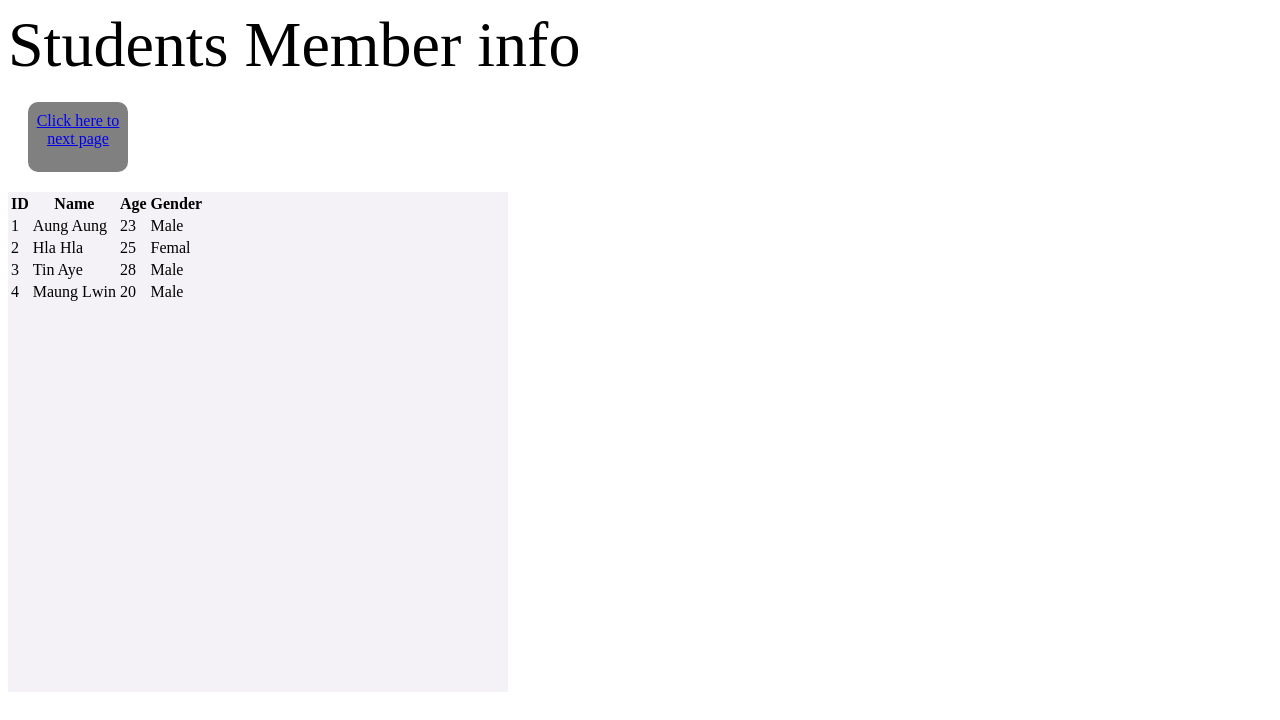
Repository: ThantLwinSoe/Servlet
Page: 01-Communication/src/main/webapp/index.html
The author's editor kept a copy of each file at every save. The page is drawn from the files as they stood at one save, then again after the next save.
The browser window is 1280 px wide. The pictures show the whole page.

Above is the page before, as saved 2023-02-07 02:46:55.

After the next save:
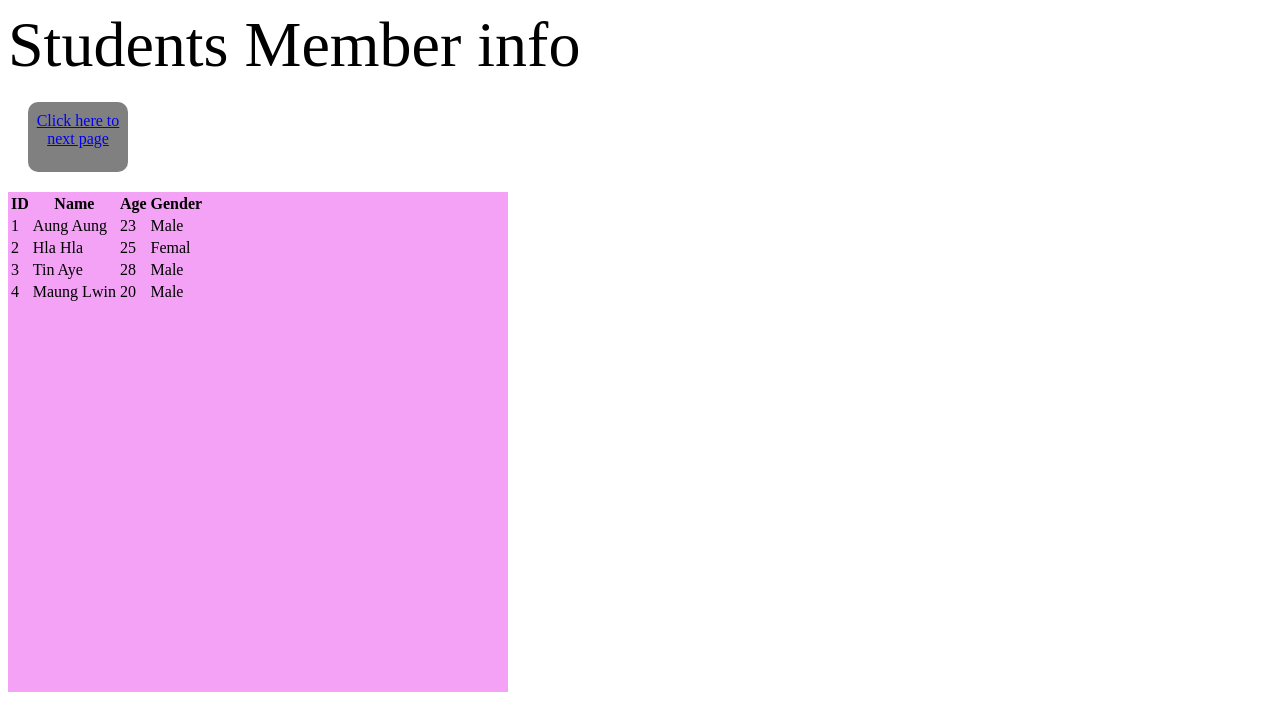
Saved 9 s later.
--- a/01-Communication/src/main/webapp/index.html
+++ b/01-Communication/src/main/webapp/index.html
@@ -20,7 +20,7 @@ h {
 	margin-top: 20px;
 	width: 500px;
 	height: 500px;
-	background: #F4F2F6;
+	background: #F4A2F6;
 }
 </style>
 <title>Servlet Communication</title>
